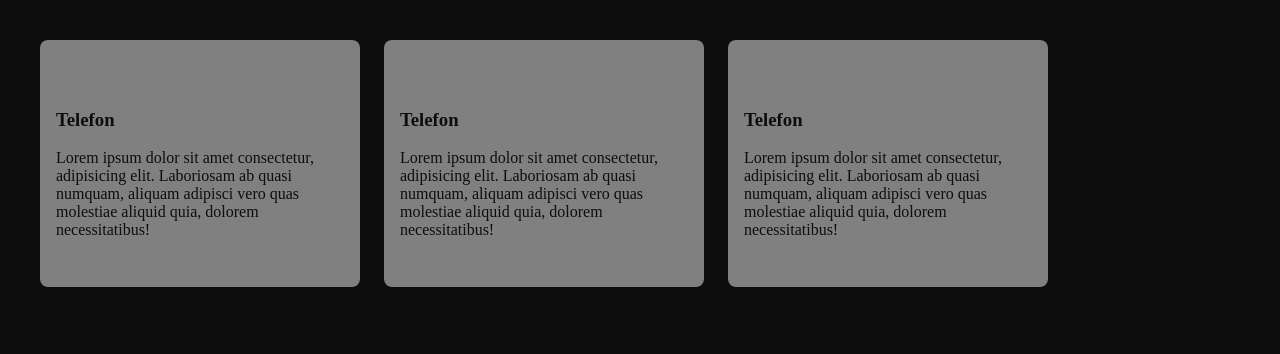
Repository: liviamucioniu/Coffee-Shop-Website
Page: index.html
An editor plug-in stored every save of this project. The page is shown before and after the next save, followed by the edit.
The browser window is 1280 px wide. The pictures show the whole page.

Above is the page before, as saved 2023-10-20 10:32:47.

After the next save:
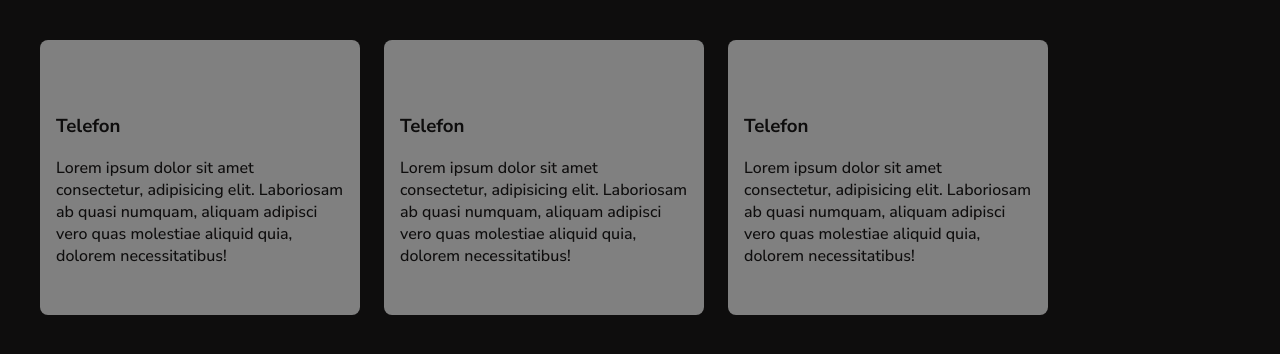
Saved 9 s later.
--- a/styles.css
+++ b/styles.css
@@ -1,7 +1,7 @@
 body {
     background-color: #0e0d0d;
     color: #0e0d0d;
-    \font-family: "Nunito Sans", sans-serif;
+    font-family: "Nunito Sans", sans-serif;
 }
 
 #product-list {
